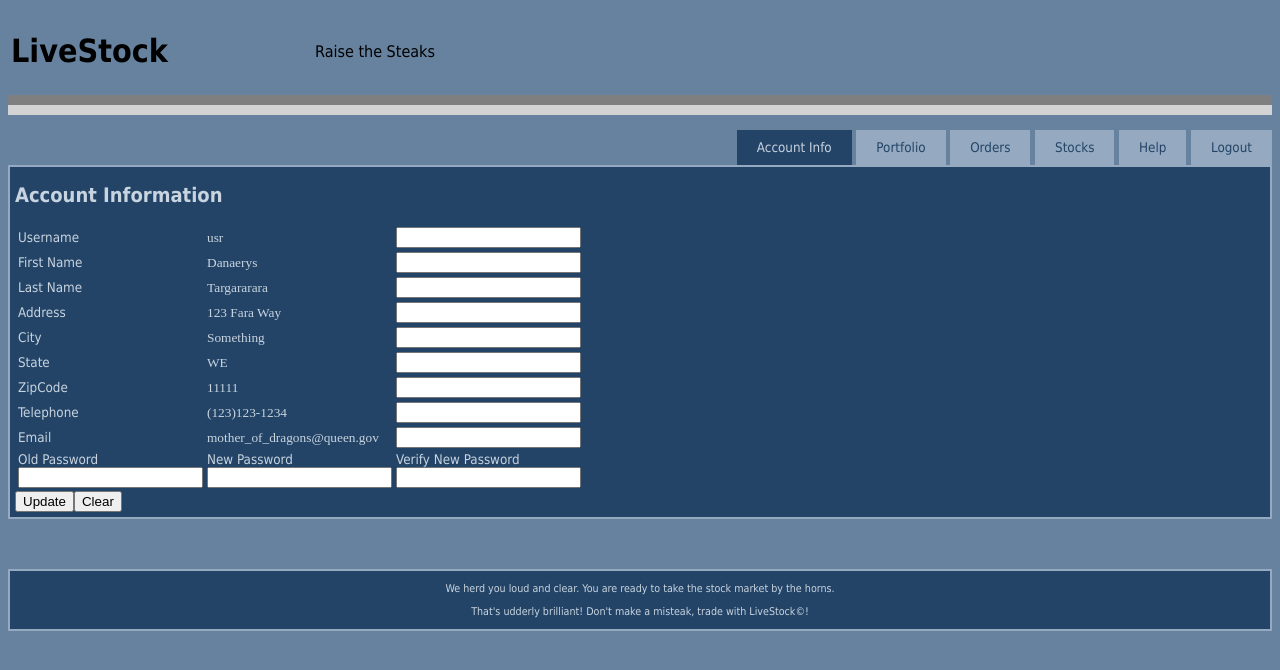
Repository: yastapova/live-stock
Page: LiveStockSite/WebContent/WEB-INF/cust_acc_info.html
These files come from the project's save history. The page is drawn as it stood at one moment and after the next save; the edit follows.
The browser window is 1280 px wide. The pictures show the whole page.

Above is the page before, as saved 2016-04-20 00:04:47.

After the next save:
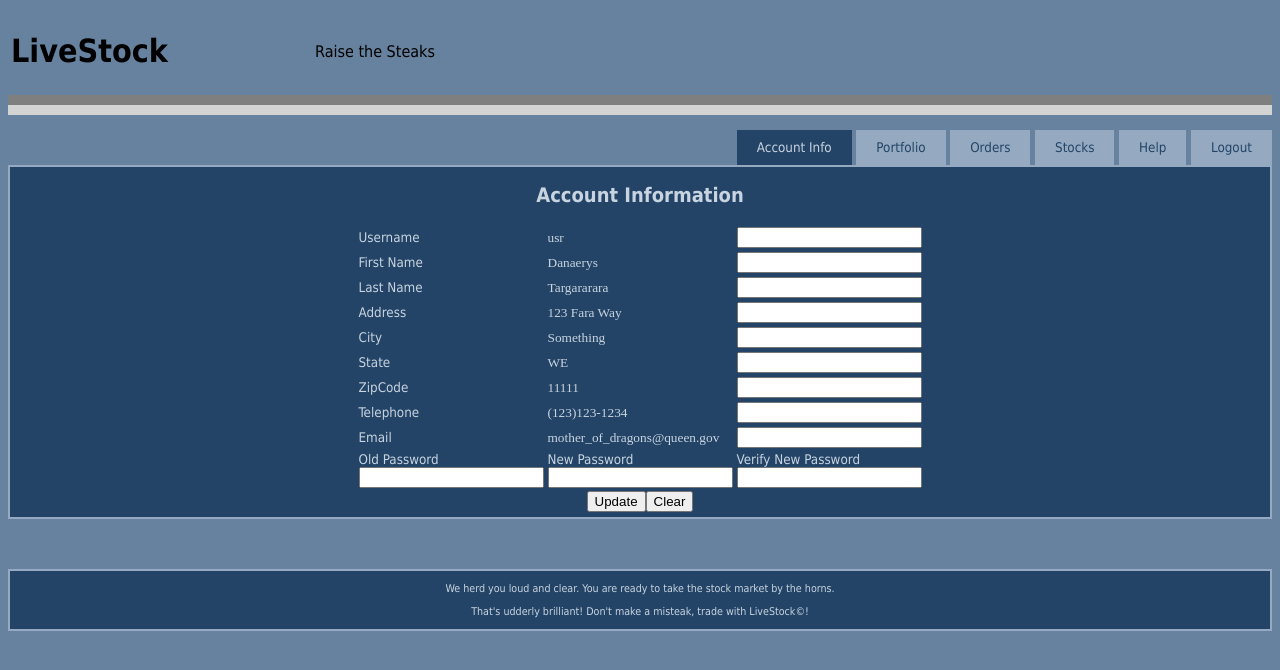
Saved 26 s later.
--- a/LiveStockSite/WebContent/WEB-INF/cust_acc_info.html
+++ b/LiveStockSite/WebContent/WEB-INF/cust_acc_info.html
@@ -22,7 +22,7 @@
 	<a href="cust_help.html">Help</a>
 	<a href="">Logout</a>
 	</div>
-	<div class="body" align="left">
+	<div class="body" align="center">
 		<h2>Account Information</h2>
 		<form>
 		<table>
